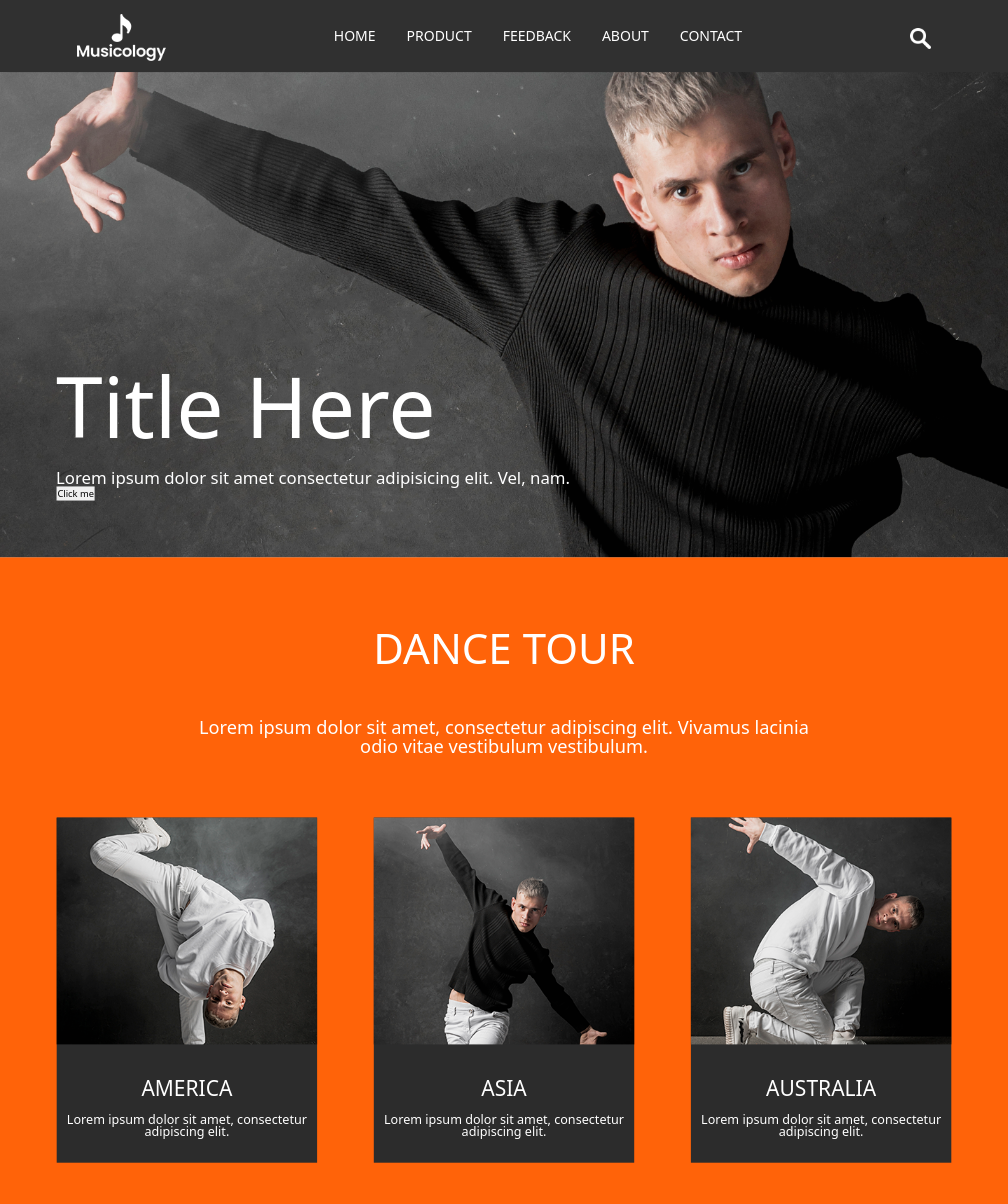
Repository: KinD2704/Web-University
Page: Bai30/index.html
An editor plug-in stored every save of this project. The page is shown before and after a run of saves, followed by the edit.
The browser window is 1280 px wide. The page is 1440 px wide, so the pictures cover 1440 px, including what lies to the right of the window. The pictures show the part of the page from y = 0 to 1720 px (the page is 7257 px tall), at 70% of full size.

Above is the page before, as saved 2023-12-24 00:38:57.

After the next 2 saves:
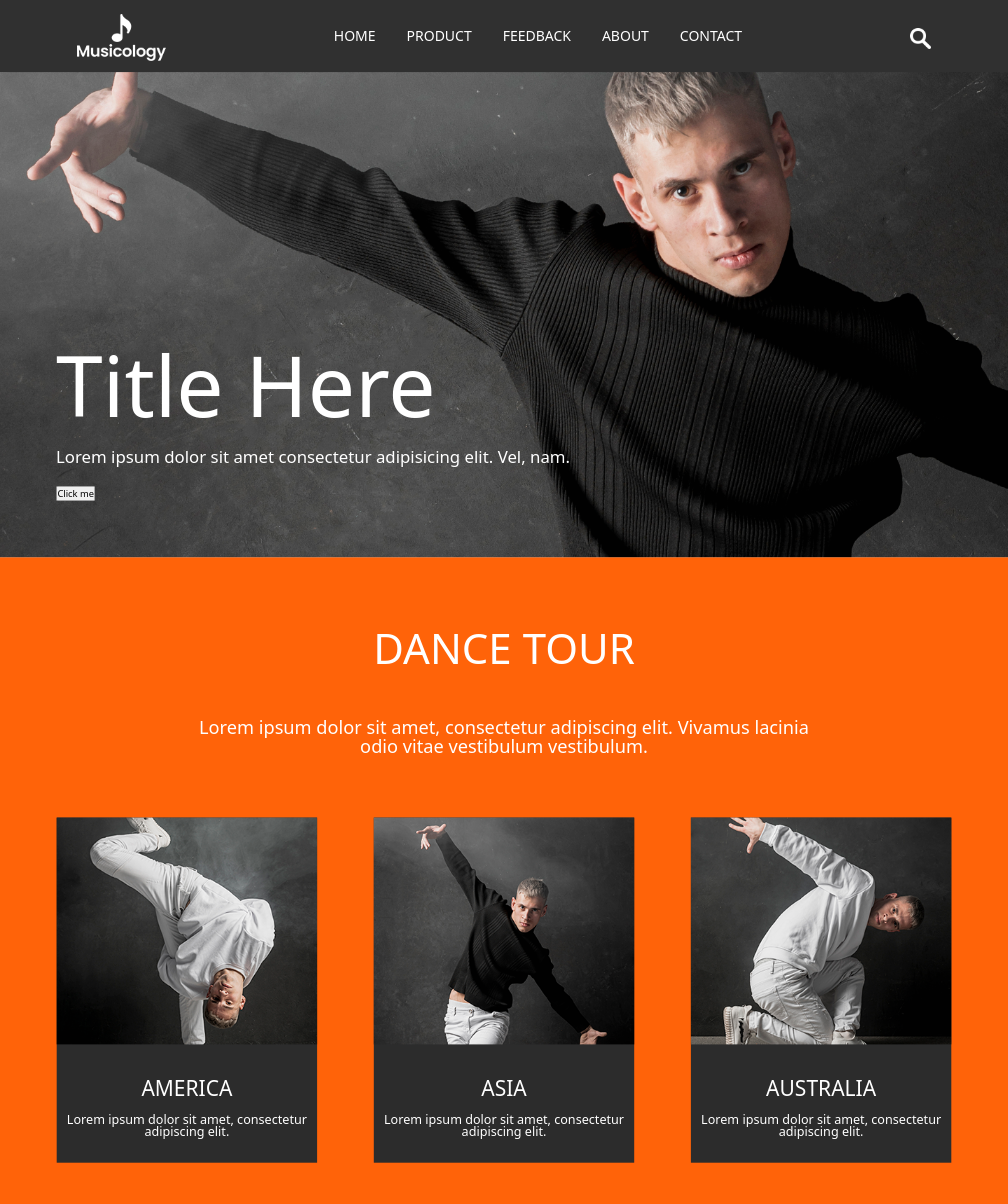
The 2 saves are shown as one change because they came seconds apart.
The last was saved 18 s later.
--- a/Bai30/css/styles.css
+++ b/Bai30/css/styles.css
@@ -54,10 +54,10 @@ header ul li:hover a {
 }
 .banner1__text p {
     font-size: 120px;
-    padding-bottom: 30px;
 }
 .banner1__text2 p {
     font-size: 24px;
+    padding: 30px 0;
 }
 /* banner 2 */
 .banner2 {
